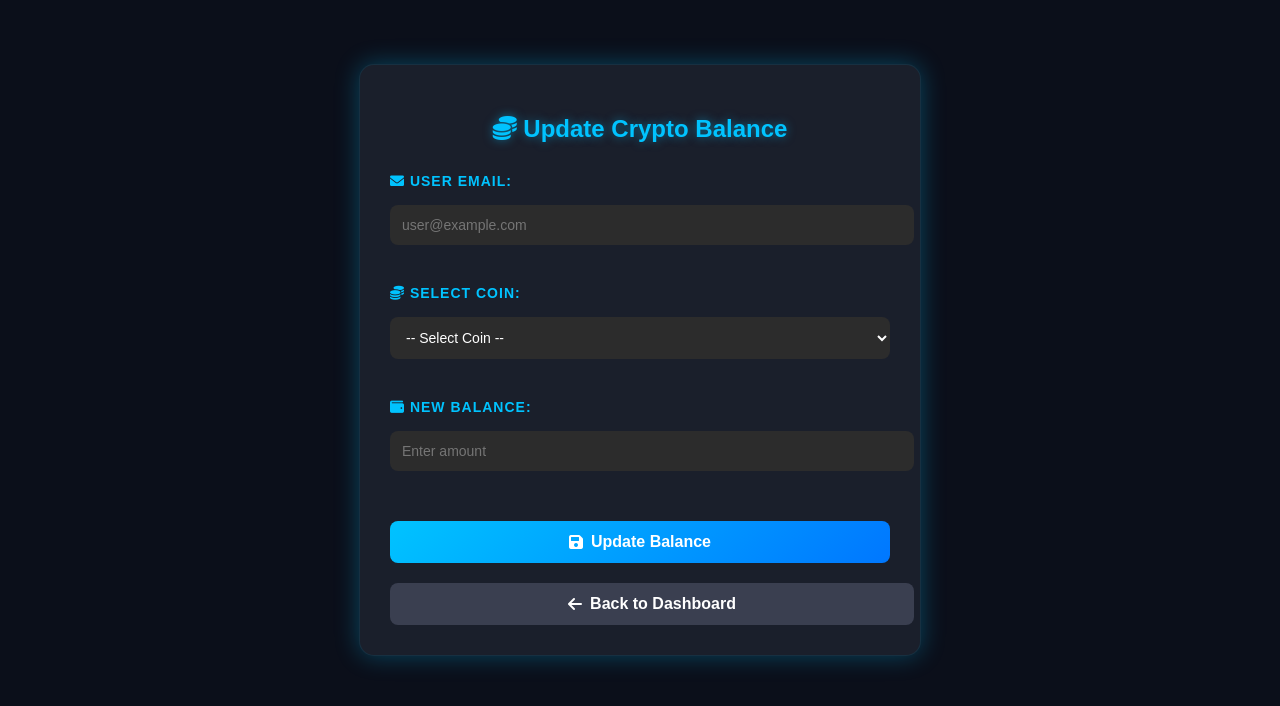
Repository: fredericIT/cypto
Page: http://localhost/admin/update_balance?user_id=4
These files come from the project's save history. The page is drawn as it stood at one moment and after the next save; the edit follows.
The browser window is 1280 px wide. The pictures show the whole page.
Some web fonts or font styles are not loaded; a fallback is used. The page is served by the project's application, run on Flask 3 (app.py). The user the application loads for id 1 is signed in. Other server files are loaded and not shown. The page reads the database file committed with the project.

Above is the page before, as saved 2025-04-26 21:39:27.

### app.py
from flask import Flask, redirect, url_for,send_from_directory
from db import db
from blueprints.auth import auth_bprt
from blueprints.dashboard import dash_bprt
from blueprints.account import account_bprt
from blueprints.trading import trading_bprt
from blueprints.user import user_bprt
from blueprints.admin import admin_bprt
from db.models import *
from flask_migrate import Migrate
from flask_login import LoginManager
import os


app = Flask(__name__)
app.config.from_object("config.Config")
db.init_app(app)
migrate = Migrate(app, db)
login_manager = LoginManager()
login_manager.init_app(app)
login_manager.login_view = "auth.login"
login_manager.login_message = "Login Required to access this resource."
login_manager.login_message_category = "warning"
app.register_blueprint(auth_bprt)
app.register_blueprint(dash_bprt)
app.register_blueprint(account_bprt)
app.register_blueprint(trading_bprt)
app.register_blueprint(user_bprt)
app.register_blueprint(admin_bprt)


@login_manager.user_loader
def load_user(user_id):
    return User.query.get(int(user_id))

@app.route('/')
def home():
    return redirect(url_for('auth.login'))

@app.route('/favicon.ico')
def favicon():
    return send_from_directory(os.path.join(app.root_path, 'static'),
                               'favicon.jpg', mimetype='image/vnd.microsoft.icon')

if __name__ == '__main__':
    with app.app_context():
        db.create_all()
    app.run(debug=True)

### templates/admin/update_balance.html
<!DOCTYPE html>
<html lang="en">
<head>
    <meta charset="UTF-8">
    <meta name="viewport" content="width=device-width, initial-scale=1.0">
    <title>Admin - Update User Balance</title>
    <link rel="stylesheet" href="{{ url_for('static', filename='css/admin/forms.css') }}">
    <link href="https://fonts.googleapis.com/css2?family=Orbitron:wght@500&display=swap" rel="stylesheet">
    <link rel="stylesheet" href="https://cdnjs.cloudflare.com/ajax/libs/font-awesome/6.0.0/css/all.min.css">
    <style>
        :root {
            --primary: #00c3ff;
            --secondary: #ff00ff;
            --dark: #0b0f1a;
            --darker: #1a1f2b;
            --darkest: #111420;
            --success: #00ff88;
            --danger: #ff3c3c;
        }

        body {
            font-family: 'Orbitron', sans-serif;
            background-color: var(--dark);
            color: #ffffff;
            margin: 0;
            padding: 0;
            min-height: 100vh;
            display: flex;
            align-items: center;
        }

        .admin-container {
            width: 100%;
            max-width: 500px;
            margin: 0 auto;
            padding: 30px;
            background-color: var(--darker);
            border-radius: 15px;
            box-shadow: 0 0 25px rgba(0, 195, 255, 0.3);
            border: 1px solid rgba(0, 195, 255, 0.1);
        }

        h2 {
            text-align: center;
            margin-bottom: 30px;
            color: var(--primary);
            text-shadow: 0 0 10px rgba(0, 195, 255, 0.5);
            font-size: 24px;
        }

        .form-container {
            display: flex;
            flex-direction: column;
            gap: 20px;
        }

        .form-group {
            display: flex;
            flex-direction: column;
            gap: 8px;
        }

        label {
            color: var(--primary);
            font-weight: bold;
            font-size: 14px;
            text-transform: uppercase;
            letter-spacing: 1px;
        }

        input, select {
            background-color: var(--darkest);
            border: 1px solid var(--primary);
            border-radius: 8px;
            padding: 12px 15px;
            color: white;
            font-family: 'Orbitron', sans-serif;
            transition: all 0.3s;
        }

        input:focus, select:focus {
            outline: none;
            border-color: var(--secondary);
            box-shadow: 0 0 10px rgba(255, 0, 255, 0.5);
        }

        .btn {
            background: linear-gradient(135deg, var(--primary), #0077ff);
            color: white;
            border: none;
            padding: 12px;
            border-radius: 8px;
            font-family: 'Orbitron', sans-serif;
            font-weight: bold;
            cursor: pointer;
            transition: all 0.3s;
            text-align: center;
            text-decoration: none;
            display: flex;
            align-items: center;
            justify-content: center;
            gap: 8px;
        }

        .btn:hover {
            background: linear-gradient(135deg, #0077ff, var(--primary));
            transform: translateY(-2px);
            box-shadow: 0 5px 15px rgba(0, 195, 255, 0.4);
        }

        .btn-logout {
            background: #3a3f50;
            margin-top: 20px;
            width: 100%;
        }

        .btn-logout:hover {
            background: #2c2f3d;
        }

        .flash {
            padding: 15px;
            margin-bottom: 20px;
            border-radius: 8px;
            font-weight: bold;
            text-align: center;
            animation: fadeIn 0.5s;
        }

        .flash.success {
            background-color: var(--success);
            color: var(--dark);
        }

        .flash.error {
            background-color: var(--danger);
            color: white;
        }

        .coin-icon {
            width: 20px;
            height: 20px;
            margin-right: 8px;
        }

        @keyframes fadeIn {
            from { opacity: 0; transform: translateY(-10px); }
            to { opacity: 1; transform: translateY(0); }
        }

        .current-balance {
            margin-top: 5px;
            font-size: 12px;
            color: #aaaaaa;
            font-style: italic;
        }
    </style>
</head>
<body>
    <div class="admin-container">
        <h2><i class="fas fa-coins"></i> Update Crypto Balance</h2>

        {% with messages = get_flashed_messages(with_categories=true) %}
          {% if messages %}
            {% for category, message in messages %}
              <div class="flash {{ category }}">
                <i class="fas fa-{% if category == 'success' %}check-circle{% else %}exclamation-circle{% endif %}"></i>
                {{ message }}
              </div>
            {% endfor %}
          {% endif %}
        {% endwith %}

        <form method="POST" action="{{ url_for('admin.update_balance') }}">
            <div class="form-container">
                <div class="form-group">
                    <label for="email"><i class="fas fa-envelope"></i> User Email:</label>
                    <input type="email" id="email" name="email" required
                           placeholder="user@example.com" value="{{ email if email }}">
                </div>

                <div class="form-group">
                    <label for="coin"><i class="fas fa-coins"></i> Select Coin:</label>
                    <select id="coin" name="coin" required onchange="updatePlaceholder()">
                        <option value="">-- Select Coin --</option>
                        <option value="BTC" data-icon="btc">BTC</option>
                        <option value="ETH" data-icon="eth">ETH</option>
                        <option value="USDT" data-icon="usdt">USDT</option>
                        <option value="BNB" data-icon="bnb">BNB</option>
                    </select>
                    {% if current_balance %}
                    <span class="current-balance" id="currentBalance">
                        Current balance: {{ current_balance }}
                    </span>
                    {% endif %}
                </div>

                <div class="form-group">
                    <label for="new_balance"><i class="fas fa-wallet"></i> New Balance:</label>
                    <input type="number" step="0.00000001" id="new_balance" name="new_balance" required
                           placeholder="Enter amount">
                </div>



                <button type="submit" class="btn">
                    <i class="fas fa-save"></i> Update Balance
                </button>
            </div>
        </form>

        <a href="{{ url_for('admin.admin_dashboard') }}" class="btn btn-logout">
            <i class="fas fa-arrow-left"></i> Back to Dashboard
        </a>
    </div>

    <script>
        // Update placeholder based on selected coin
        function updatePlaceholder() {
            const coin = document.getElementById('coin').value;
            const input = document.getElementById('new_balance');

            if (coin === 'USDT') {
                input.step = '0.01';
                input.placeholder = 'Enter amount (2 decimal places)';
            } else {
                input.step = '0.00000001';
                input.placeholder = 'Enter amount (8 decimal places)';
            }
        }

        // If coming from user view with pre-filled data
        document.addEventListener('DOMContentLoaded', function() {
            const urlParams = new URLSearchParams(window.location.search);
            const coin = urlParams.get('coin');

            if (coin) {
                document.getElementById('coin').value = coin;
                updatePlaceholder();
            }
        });
    </script>
</body>
</html>

### static/css/admin/forms.css
/* admin/static/css/admin_forms.css */
body {
    font-family: 'Orbitron', sans-serif;
    background-color: #0e0e0e;
    color: #fff;
    margin: 0;
    padding: 0;
}

.admin-container {
    width: 90%;
    max-width: 600px;
    margin: 50px auto;
    padding: 25px;
    background-color: #1a1a1a;
    border-radius: 15px;
    box-shadow: 0 0 20px rgba(0, 255, 255, 0.3);
}

h2 {
    text-align: center;
    margin-bottom: 30px;
    color: #00e5ff;
}

.form-container {
    display: flex;
    flex-direction: column;
}

.form-group {
    margin-bottom: 20px;
}

.form-group label {
    font-size: 14px;
    margin-bottom: 8px;
    display: block;
}

.form-group input, .form-group select {
    width: 100%;
    padding: 12px;
    border-radius: 8px;
    border: none;
    background-color: #2c2c2c;
    color: #fff;
    font-size: 14px;
}

.form-group input:focus, .form-group select:focus {
    outline: 2px solid #00e5ff;
}

.btn {
    background-color: #00e5ff;
    color: #0e0e0e;
    padding: 12px;
    text-align: center;
    border: none;
    border-radius: 8px;
    cursor: pointer;
    font-size: 16px;
    transition: background 0.3s;
    margin-top: 10px;
}

.btn:hover {
    background-color: #00b8d4;
}

.btn-logout {
    background-color: #ff1744;
    margin-top: 20px;
}

.btn-logout:hover {
    background-color: #d50000;
}

/* Flash messages */
.flash.success {
    background-color: #00c853;
    padding: 10px 20px;
    border-radius: 10px;
    margin: 20px 0;
    text-align: center;
}


/* admin/static/css/admin_forms.css */
table {
    width: 100%;
    border-collapse: collapse;
    margin: 20px 0;
}

th, td {
    padding: 12px;
    text-align: left;
    border: 1px solid #444;
}

th {
    background-color: #333;
    color: #fff;
}

td {
    background-color: #222;
}

.btn {
    padding: 8px 12px;
    background-color: #00e5ff;
    color: #0e0e0e;
    border-radius: 5px;
    text-decoration: none;
}

.btn:hover {
    background-color: #00b8d4;
}

.btn-view {
    background-color: #4caf50;
}

.btn-view:hover {
    background-color: #45a049;
}

.btn-update {
    background-color: #ff9800;
}

.btn-update:hover {
    background-color: #fb8c00;
}

.btn-delete {
    background-color: #f44336;
}

.btn-delete:hover {
    background-color: #d32f2f;
}

### instance/crypto.db (the tables this page reads, as SQL)
CREATE TABLE users (
	id INTEGER NOT NULL, 
	full_name VARCHAR(255) NOT NULL, 
	email VARCHAR(255) NOT NULL, 
	password VARCHAR(255) NOT NULL, 
	withdraw_password VARCHAR(255) NOT NULL, 
	role VARCHAR(5) NOT NULL, 
	created_at DATETIME, 
	updated_at DATETIME, 
	PRIMARY KEY (id), 
	UNIQUE (email)
);
INSERT INTO "users" VALUES
(1, 'IMPANO MANZI Enock', 'impano@gmail.com', '$2b$12$dsxef/yKv1Y3ThXO8k0/auWa1an.eT/jdmWgg/BMq/1WrfeaMOs8a', 'password', 'USER', '2025-04-19 11:22:07.609504', '2025-04-19 11:22:07.609504'),
(2, 'IMPANO MANZI Enock', 'impanomanzienock@gmail.com', '$2b$12$LNk7kyQumZQot6g9v9kQSuC6C1VI/hup4Imqkn4eO62GUQLevlJE6', 'password', 'USER', '2025-04-19 11:27:35.693135', '2025-04-19 11:27:35.693135'),
(3, 'IMPANO MANZI Enock', 'impanodeveloper@proton.me', '$2b$12$fbfIvc0M9otsboA4sX65PeLFmyP6qRQaXx3gmTw8d5fgNe.L/wlTK', 'password', 'USER', '2025-04-19 12:39:34.203570', '2025-04-19 12:39:34.203570'),
(4, 'Manzi Enock', 'manzienock@gmail.com', '$2b$12$JwN4pu1grxZlwU/PoPNeTe4r/yXaO4t9Org1rTGTxsft21C7VSpBi', 'password', 'USER', '2025-04-19 12:57:32.763187', '2025-04-19 12:57:32.763187');

Loaded but not shown: blueprints/admin.py (408 lines, source omitted)

After the next save:
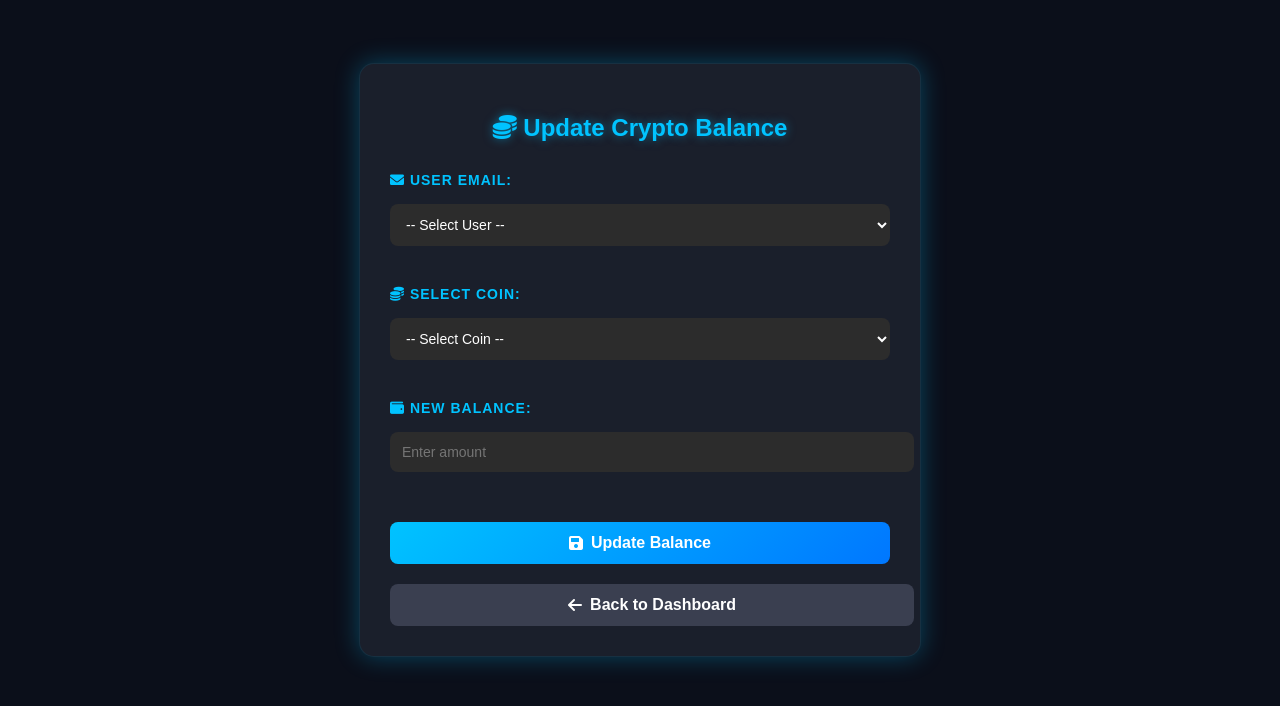
Saved 61 s later.
--- a/templates/admin/update_balance.html
+++ b/templates/admin/update_balance.html
@@ -175,8 +175,12 @@
             <div class="form-container">
                 <div class="form-group">
                     <label for="email"><i class="fas fa-envelope"></i> User Email:</label>
-                    <input type="email" id="email" name="email" required
-                           placeholder="user@example.com" value="{{ email if email }}">
+                    <select id="email" name="email" required>
+                        <option value="">-- Select User --</option>
+                        {% for user in users %}
+                            <option value="{{ user.email }}">{{ user.email }}</option>
+                        {% endfor %}
+                    </select>
                 </div>
 
                 <div class="form-group">
